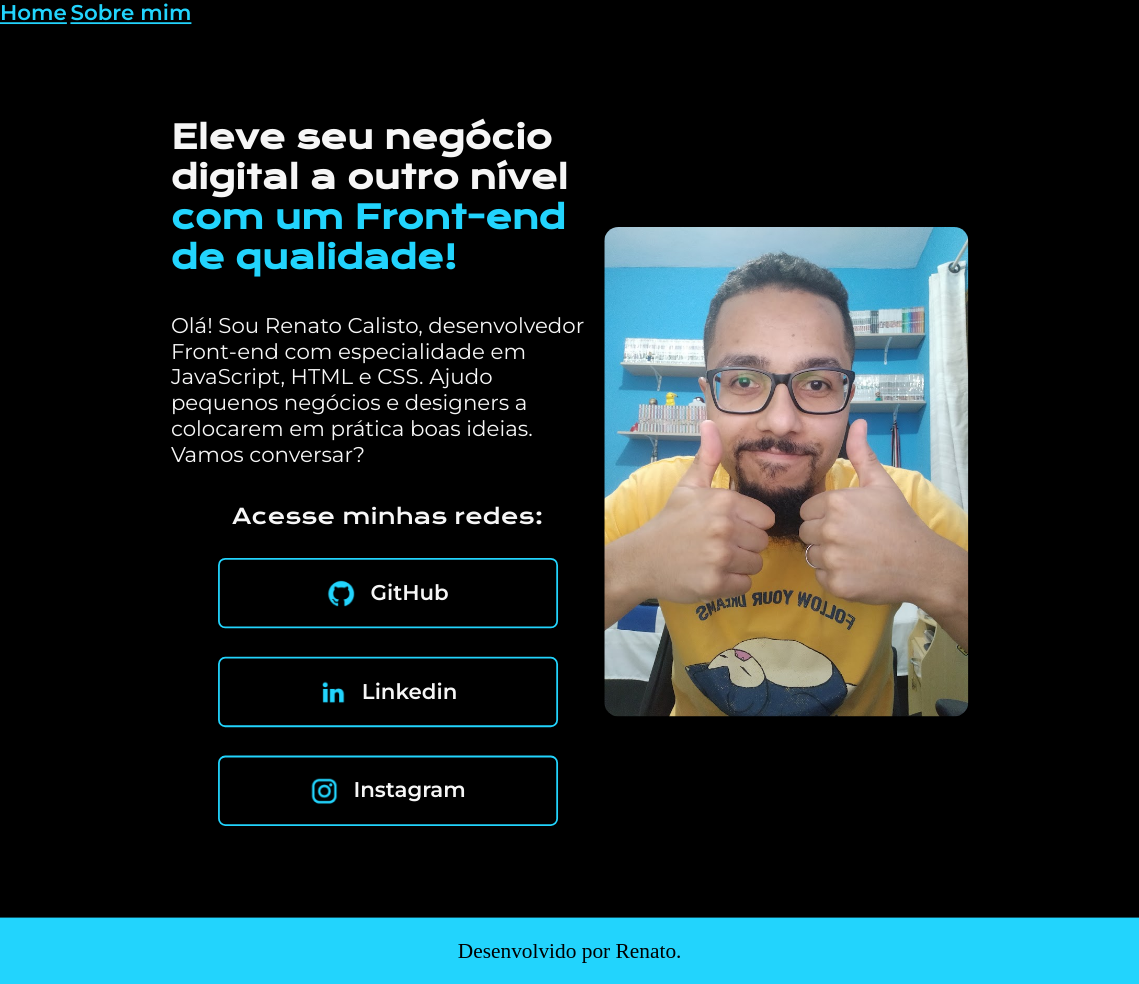
Repository: RenatoCCS/Portfolio_Alura
Page: index.html
The author's editor kept a copy of each file at every save. The page is drawn from the files as they stood at one save, then again after the next save.
The browser window is 1280 px wide. The pictures show the whole page, at 89% of full size.

Above is the page before, as saved 2023-03-02 16:58:48.

### index.html
<!DOCTYPE html>
<html lang="pt-br">
  <head>
    <meta charset="UTF-8" />
    <meta http-equiv="X-UA-Compatible" content="IE=edge" />
    <meta name="viewport" content="width=device-width, initial-scale=1.0" />
    <title>Portfolio</title>
    <link rel="stylesheet" href="style.css" />
  </head>
  <body>
    <header class="cabecalho">
      <nav class="cabecalho__menu">
        <a class="cabecalho__menu__link" href="">Home</a>
        <a class="cabecalho__menu__link" href="">Sobre mim</a>
      </nav>
    </header>
    <main class="apresentacao">
      <section class="apresentacao__conteudo">
        <h1 class="apresentacao__conteudo__titulo">
          Eleve seu negócio digital a outro nível
          <strong class="titulo-destaque">
            com um Front-end de qualidade!
          </strong>
        </h1>
        <p class="apresentacao__conteudo__texto">
          Olá! Sou Renato Calisto, desenvolvedor Front-end com especialidade em
          JavaScript, HTML e CSS. Ajudo pequenos negócios e designers a
          colocarem em prática boas ideias. Vamos conversar?
        </p>
        <div class="apresentacao__links">
          <h2 class="apresentacao__links__subtitulo">Acesse minhas redes:</h2>

          <a
            class="apresentacao__links__link"
            href="https://github.com/RenatoCCS"
          >
            <img src="./assets/github.png" alt="Icone do github" />
            GitHub
          </a>

          <a
            class="apresentacao__links__link"
            href="https://www.linkedin.com/in/renatocalisto/"
          >
            <img src="./assets/linkedin.png" alt="Icone do linkedin" />
            Linkedin
          </a>

          <a
            class="apresentacao__links__link"
            href="https://www.instagram.com/reevoltz/"
          >
            <img src="./assets/instagram.png" alt="Icone do instagram" />
            Instagram
          </a>
        </div>
      </section>
      <img
        class="apresentacao__foto"
        src="./assets/renato.jpg"
        alt="Renato fazendo sinal de positivo com ambas as mãos"
      />
    </main>
    <footer class="rodape"><p>Desenvolvido por Renato.</p></footer>
  </body>
</html>

### style.css
@import url('https://fonts.googleapis.com/css2?family=Krona+One&family=Montserrat:wght@400;600&display=swap');

* {
  margin: 0;
  padding: 0;
}

body {
  /* height: 100vh; */
  box-sizing: border-box;
  background-color: #000000;
  color: #f6f6f6;
}

.cabecalho {
  padding: ;
}

.cabecalho__menu__link {
  font-family: 'Montserrat', sans-serif;
  font-size: 24px;
  font-weight: 600;
  color: #22d4fd;
}

.apresentacao {
  padding: 8% 15%;
  display: flex;
  align-items: center;
  justify-content: space-between;
}

.apresentacao__conteudo {
  width: 615px;
  display: flex;
  flex-direction: column;
  gap: 40px;
}

.apresentacao__conteudo__titulo {
  font-size: 36px;
  font-family: 'Krona One', sans-serif;
}

.titulo-destaque {
  color: #22d4fd;
}

.apresentacao__conteudo__texto {
  font-size: 24px;
  font-family: 'Montserrat', sans-serif;
}

.apresentacao__links {
  display: flex;
  flex-direction: column;
  justify-content: space-between;
  align-items: center;
  gap: 32px;
}

.apresentacao__links__subtitulo {
  font-family: 'Krona One', sans-serif;
  font-weight: 400;
  font-size: 24px;
}

.apresentacao__links__link {
  /* background-color: #22d4fd; foi trocado o estilo*/
  display: flex;
  justify-content: center;
  gap: 16px;
  border: 2px solid #22d4fd;
  width: 378px;
  text-align: center;
  border-radius: 8px;
  font-size: 24px;
  font-weight: 600;
  padding: 21.5px 0;
  text-decoration: none;
  color: #f6f6f6;
  font-family: 'Montserrat', sans-serif;
}

.apresentacao__links__link:hover {
  background-color: #272727;
}

/*Utilizei minha foto e fui adaptando de acordo com o tamanho da outra foto*/
.apresentacao__foto {
  height: 550px;
  width: 490px;
  left: 1032px;
  top: 253px;
  border-radius: 16px;
}

.rodape {
  padding: 24px;
  color: #000000;
  background-color: #22d4fd;
  text-align: center;
  font-family: 'Montserrat' sans-serif;
  font-size: 24px;
  font-weight: 400;
}

After the next save:
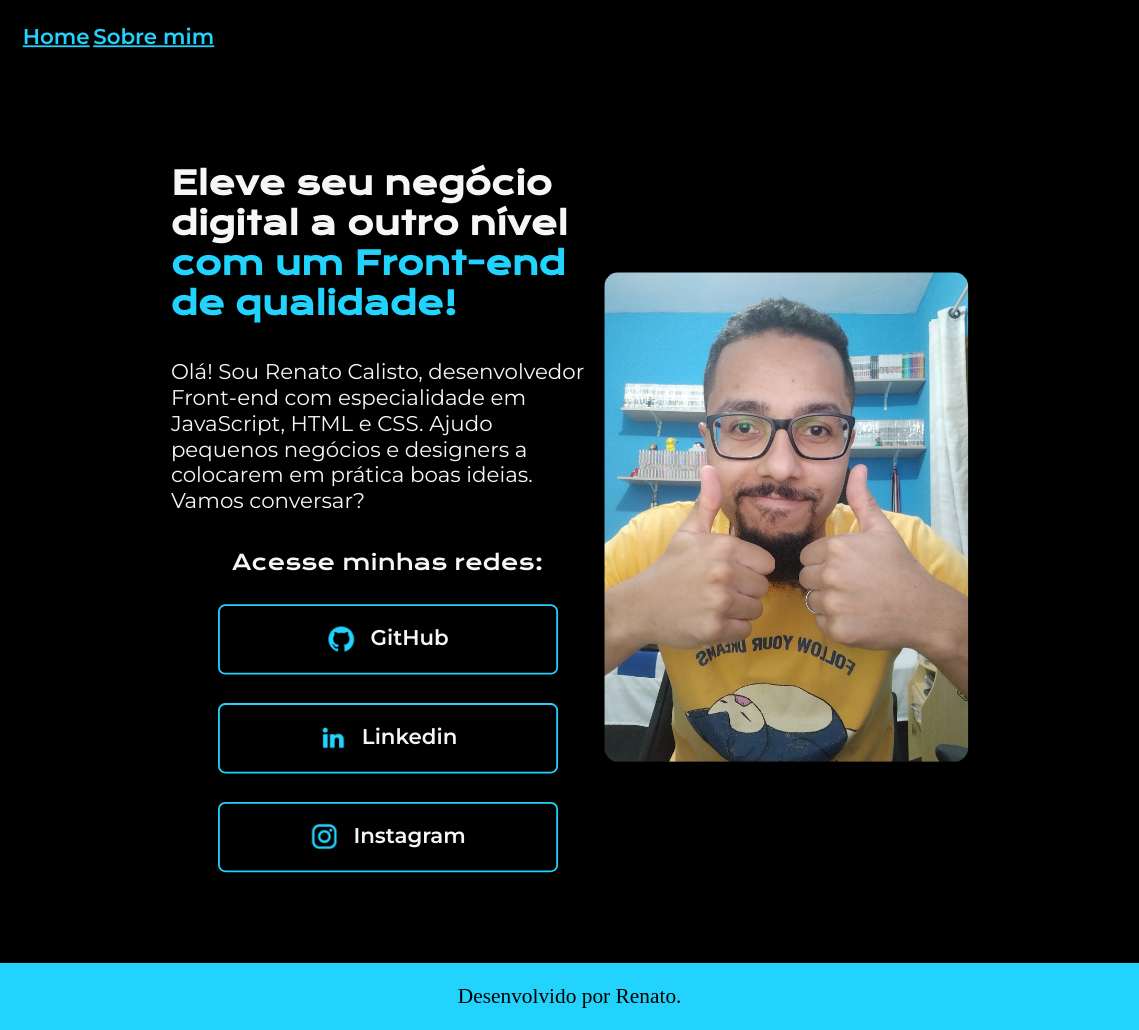
Saved 50 s later.
--- a/style.css
+++ b/style.css
@@ -13,7 +13,7 @@ body {
 }
 
 .cabecalho {
-  padding: ;
+  padding: 2%;
 }
 
 .cabecalho__menu__link {
